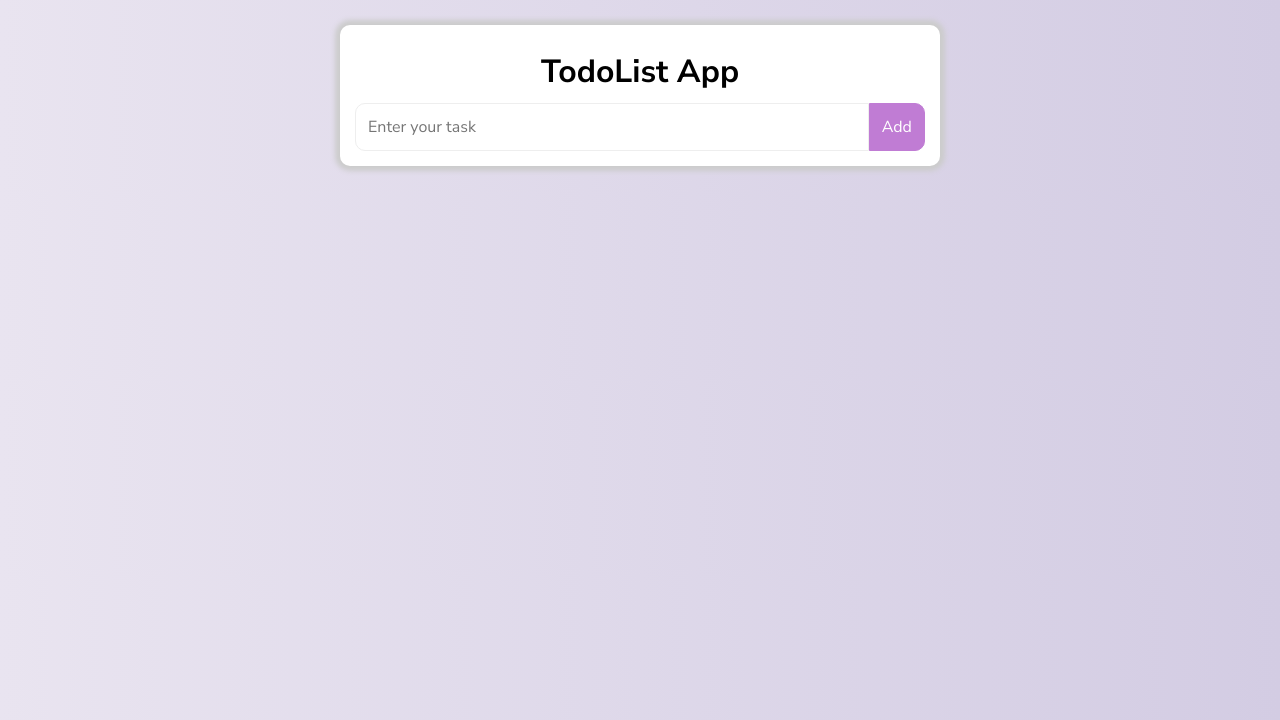
Repository: anhquan74-dev/todolist_app
Page: index.html
An editor plug-in stored every save of this project. The page is shown before and after the next save, followed by the edit.
The browser window is 1280 px wide. The pictures show the whole page.
Some web libraries are served in a nearby version.

Above is the page before, as saved 2022-07-21 18:03:48.

After the next save:
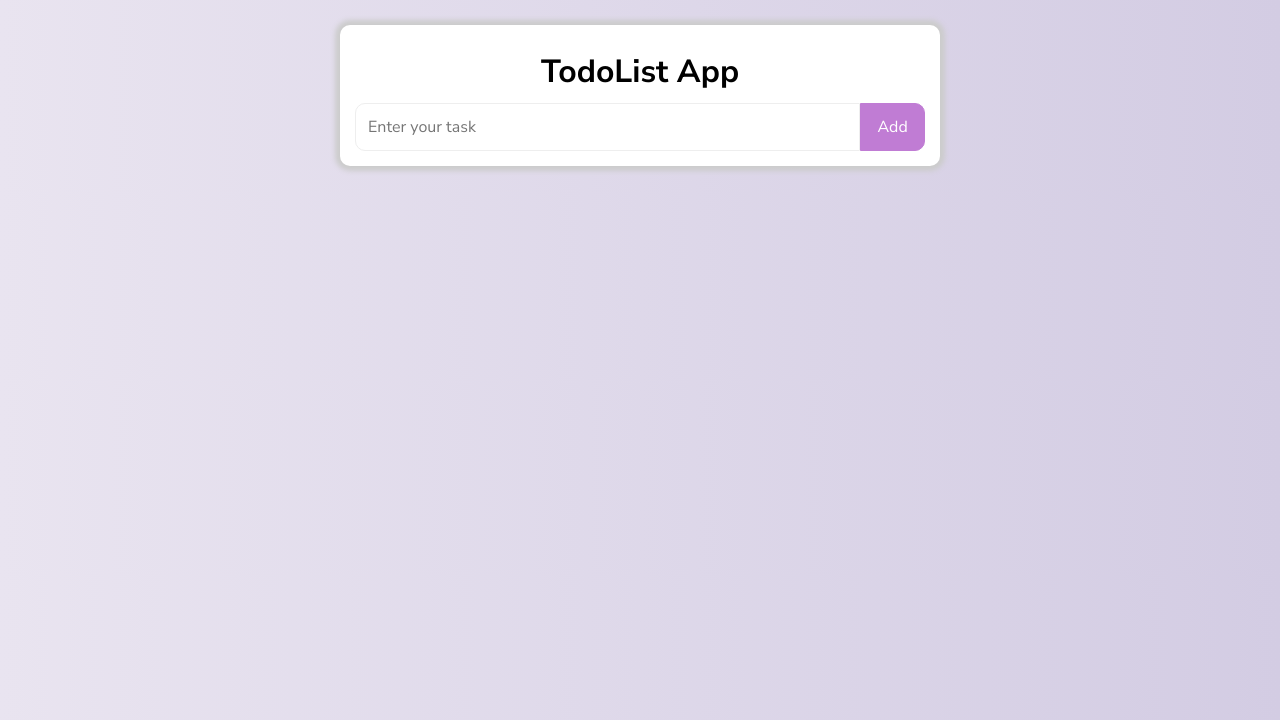
Saved 2 min 11 s later.
--- a/style.css
+++ b/style.css
@@ -48,7 +48,7 @@ h1 {
 }
 
 .add-btn {
-    width: 60px;
+    width: 70px;
     font-size: 16px;
     padding: 12px;
     outline: none;
